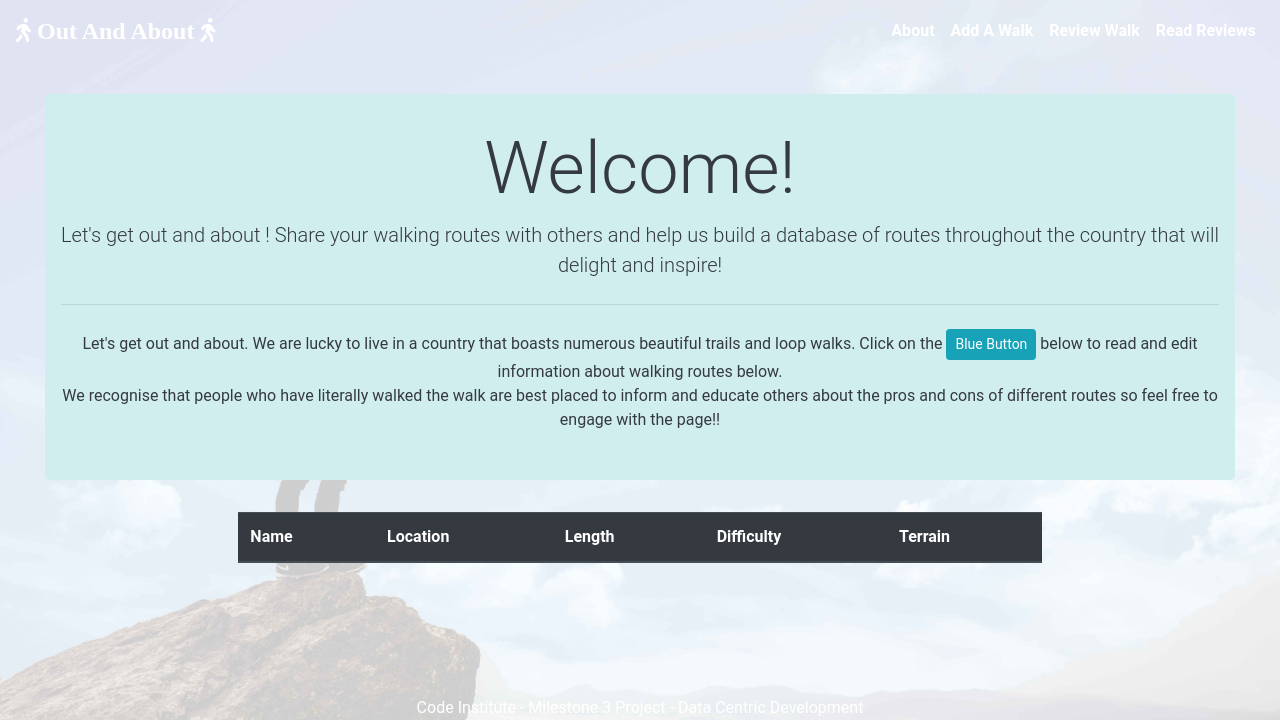
Repository: 5803emma/days-of-walking
Page: http://localhost/
The author's editor kept a record of every edit. The page is drawn from the files as they stood at one moment, then again after the next edit.
The browser window is 1280 px wide. The pictures show the whole page.
Some web libraries are served in a nearby version. The page is served by the project's application, run on Flask 3 (app.py). Queries for data that is not in the repository find no rows.

Above is the page before.

### templates/home.html
{% extends 'base.html'%} {% block content %}

<div class="container-fluid">

 <div class="row-welcome justify-content-center">
  <div class="col-12 text-dark">
   <div class="jumbotron">
    <h1 class="display-3">Welcome!</h1>
    <p class="lead" align="center">Let's get out and about ! Share your walking routes with others and help us build a database of routes throughout the country that will delight and inspire!</p>
    <hr class="my-4">
    <p align="center">Let's get out and about. We are lucky to live in a country that boasts numerous beautiful trails and loop walks. Click on the <button type="button" class="btn btn-info btn-sm">Blue Button</button> below to read and edit information about walking routes below.<br> We recognise that people who have literally walked the walk are best placed to inform and educate others about the pros and cons of different routes so feel free to engage with the page!!</p>
   </div>
  </div>
 </div>

<div class="row justify-content-center">
  <div class="col-12 col-md-8 table-responsive table-data">
   <table class="table table-hover">
    <thead class="thead-dark">
     <tr>
      <th scope="col">Name</th>
      <th scope="col">Location</th>
      <th scope="col">Length</th>
      <th scope="col">Difficulty</th>
      <th scope="col">Terrain</th>
     </tr>
    </thead>
    <tbody>

     {% for walk in walks %}
     <tr>
      <td><a class="btn btn-info btn-sm" href="{{url_for('edit_walk', walk_id=walk._id)}}" role="button">{{walk.walk_name}}</a></td>
      <td>{{walk.walk_location}}</td>
      <td>{{walk.walk_length}}</td>
      <td>{{walk.walk_difficulty}}</td>
      <td>{{walk.walk_terrain}}</td>
     </tr>
     {% endfor %}
    </tbody>
   </table>


  </div>
  {% endblock %}

### templates/base.html
<!DOCTYPE html>
<html>

<head>
    <link rel="stylesheet" href="https://stackpath.bootstrapcdn.com/bootstrap/4.4.1/css/bootstrap.min.css">
    <link rel="stylesheet" href="https://cdnjs.cloudflare.com/ajax/libs/font-awesome/5.12.0/css/all.min.css" />
    <link rel="stylesheet" href="{{ url_for('static', filename='css/style.css') }}" type="text/css" />
</head>

<body>
    <header>
        <nav class="navbar navbar-expand-md navbar-dark home-logo-text">
            <a class="navbar-brand" href="{{url_for('get_walks')}}"><i
                    class="fas fa-walking"></i> Out And About <i
                    class="fas fa-walking"></i></a>
            <button class="navbar-toggler" type="button" data-toggle="collapse" data-target="#navbarNavAltMarkup" aria-controls="navbarNavAltMarkup" aria-expanded="false" aria-label="Toggle navigation">
                <span class="navbar-toggler-icon"></span>
            </button>
            <div class="collapse navbar-collapse" id="navbarNavAltMarkup">
                <div class="navbar-nav ml-auto">
                    <a class="nav-item nav-link" href="{{url_for('about')}}">About</a>
                    <a class="nav-item nav-link" href="{{url_for('add_new_walk')}}">Add A Walk</a>
                    <a class="nav-item nav-link" href="{{url_for('walk_review')}}">Review Walk</a>
                     <a class="nav-item nav-link" href="{{url_for('read_review')}}">Read Reviews</a>
                </div>
            </div>

        </nav>
    </header>

    <!-- Container for injected templates -->
    <div class="container-fluid justify-content-center">


    {% block content %} {% endblock %}

 <!-- Footer -->
  <footer class="fixed-bottom">
    <div class="container-fluid">
      <p class="m-0 text-center text-white">Code Institute - Milestone 3 Project - Data Centric Development</p>
    </div>
    <!-- /.container -->
  </footer>

    <script src="https://code.jquery.com/jquery-3.4.1.slim.min.js"></script>
    <script src="https://cdn.jsdelivr.net/npm/popper.js@1.16.0/dist/umd/popper.min.js"></script>
    <script src="https://stackpath.bootstrapcdn.com/bootstrap/4.4.1/js/bootstrap.min.js"></script>
</body>

</html>

### app.py
import os
from flask import Flask, render_template, redirect, request, url_for
from flask_pymongo import PyMongo
from bson.objectid import ObjectId

app = Flask(__name__)

app.config["MONGO_DBNAME"] = 'walking_app'
app.config["MONGO_URI"] = 'mongodb+srv://root:johnbell@myfirstcluster-20lqh.mongodb.net/walking_app?retryWrites=true&w=majority'

mongo = PyMongo(app)

@app.route("/")
@app.route("/get_walks")
def get_walks():
    return render_template("home.html", walks=mongo.db.walks.find())

@app.route("/about")
def about():
    return render_template("about.html")


@app.route("/add_new_walk")
def add_new_walk():
    return render_template("add_walk.html")


@app.route("/insert_walk", methods=['POST'])
def insert_walk():
    walk = mongo.db.walks
    walk.insert_one(request.form.to_dict())
    return redirect(url_for('get_walks'))

# Update Information About Walk

@app.route("/edit_walk/<walk_id>")
def edit_walk(walk_id):
    the_walk = mongo.db.walks.find_one({"_id": ObjectId(walk_id)})
    return render_template("update_walk.html", walk=the_walk)

@app.route("/update_walk/<walk_id>", methods=["POST"])
def update_walk(walk_id):
    walk = mongo.db.walks
    walk.update({'_id': ObjectId(walk_id)}, {
        'walk_name' : request.form.get('walk_name'),
        'walk_location' : request.form.get('walk_location'),
        'walk_length' : request.form.get('walk_length'),
        'walk_difficulty' : request.form.get('walk_difficulty'),
        'walk_terrain' : request.form.get('walk_terrain')
    })
    return redirect(url_for('get_walks'))

# Delete Option

@app.route("/delete_walk/<walk_id>")
def delete_walk(walk_id):
    mongo.db.walks.remove({'_id': ObjectId(walk_id)})
    return redirect(url_for('get_walks'))

@app.route("/leave_review")
def walk_review():
    return render_template("walk_review.html", walks=mongo.db.walks.find())

# Sends the data that the user inserts to the database

@app.route("/walk_review", methods=['POST'])
def insert_review():
    review = mongo.db.reviews
    review.insert_one(request.form.to_dict())
    return redirect(url_for('walk_review'))


@app.route("/read_review")
def read_review():
    return render_template("read_reviews.html", reviews=mongo.db.reviews.find())

if __name__ == "__main__":
    app.run(host=os.environ.get("IP", "0.0.0.0"),
    port=int(os.environ.get("PORT", "5000")),
    debug=True)

### static/css/style.css
body {
  background-image: url(../images/bg-image.jpg);
  background-color: #FAFAFA;
  background-repeat: no-repeat;
  background-size: cover;
  font-family: 'Roboto', sans-serif;
}

.navbar-dark .navbar-brand {
    color: #fff;
    font-weight: bold;
    font-family: "Tangerine", cursive;
    font-size: 1.5rem;
}

.navbar-dark .navbar-nav .nav-link {
    color: #fff;
    font-weight: bold;
}

h1, h2 {
  text-align: center;
}

.jumbotron {
    margin-top: 2rem;
    padding: 2rem 1rem;
    margin-bottom: 2rem;
    background-color: #D1EEEE;
    border-radius: .3rem;
}

.display-4 {
    font-size: 3.5rem;
    font-weight: 300;
    line-height: 1.2;
    font-family: "Tangerine", cursive;
}

.row {
  margin-top: 1rem;
  margin-bottom: 1rem;
}

.media-body {
  margin-top: 10px;
}

.btn-success {
    color: #fff;
    background-color: #5F9F9F;
    border-color: #5F9F9F;
}

After the next edit:
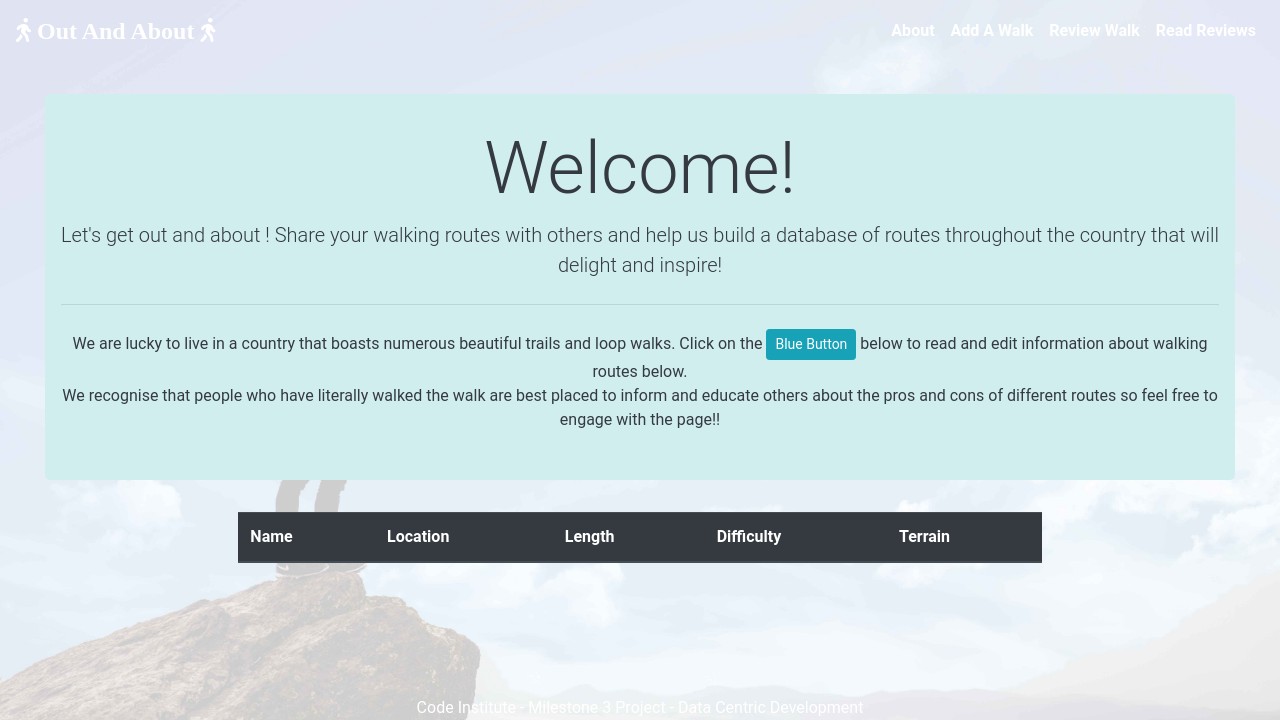
The edit:
--- a/templates/home.html
+++ b/templates/home.html
@@ -8,7 +8,7 @@
     <h1 class="display-3">Welcome!</h1>
     <p class="lead" align="center">Let's get out and about ! Share your walking routes with others and help us build a database of routes throughout the country that will delight and inspire!</p>
     <hr class="my-4">
-    <p align="center">Let's get out and about. We are lucky to live in a country that boasts numerous beautiful trails and loop walks. Click on the <button type="button" class="btn btn-info btn-sm">Blue Button</button> below to read and edit information about walking routes below.<br> We recognise that people who have literally walked the walk are best placed to inform and educate others about the pros and cons of different routes so feel free to engage with the page!!</p>
+    <p align="center">We are lucky to live in a country that boasts numerous beautiful trails and loop walks. Click on the <button type="button" class="btn btn-info btn-sm">Blue Button</button> below to read and edit information about walking routes below.<br> We recognise that people who have literally walked the walk are best placed to inform and educate others about the pros and cons of different routes so feel free to engage with the page!!</p>
    </div>
   </div>
  </div>
